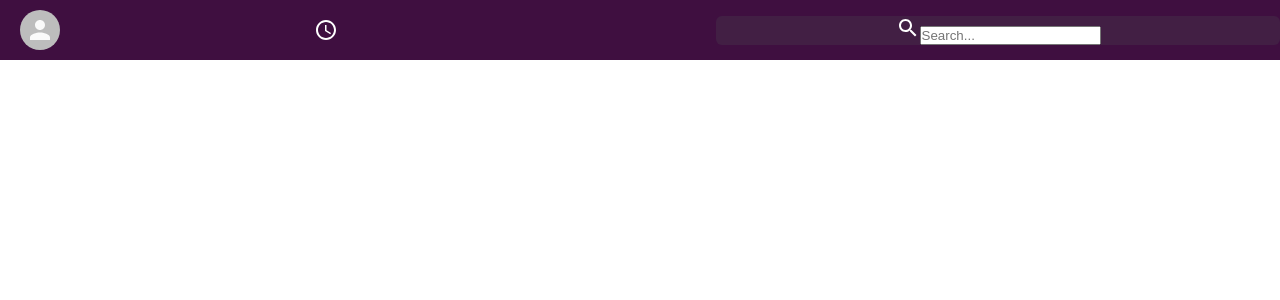
Repository: KrzysKolo/slackClone
Page: /
An editor plug-in stored every save of this project. The page is shown before and after the next save, followed by the edit.
The browser window is 1280 px wide. The pictures show the whole page.
The project was rebuilt for these pictures with package versions that can differ from the ones it lists, and the page was loaded fresh each time. Also part of the build but not shown: src/App.css.

Above is the page before, as saved 2021-12-22 17:32:25.

### src/index.css
* {
  margin: 0;
  padding: 0;
  box-sizing: border-box;
}
body {
  --slack-color: #3f0f40;
  overflow: hidden;

  margin: 0;
  font-family: -apple-system, BlinkMacSystemFont, 'Segoe UI', 'Roboto', 'Oxygen',
    'Ubuntu', 'Cantarell', 'Fira Sans', 'Droid Sans', 'Helvetica Neue',
    sans-serif;
  -webkit-font-smoothing: antialiased;
  -moz-osx-font-smoothing: grayscale;
}

code {
  font-family: source-code-pro, Menlo, Monaco, Consolas, 'Courier New',
    monospace;
}

### src/App.js
import './App.css';
import {BrowserRouter as Router, Routes, Route, Link } from 'react-router-dom';
import { About } from './pages'
import { Header } from './components';

function App() {
  return (
    <Router>
      <>
        <Header />
        <Routes>
          <Route path='/' exact element={<About />} />
        </Routes>
      </>
    </Router>
  );
}

export default App;

### src/pages/About/About.js
import React from 'react';
//ICONS
//import SendIcon from '@mui/icons-material/Send';


const about = () => {
  return (
    <section>
      About
    </section>
  )
}

export default about;

### src/components/Header/Header.js
import React from 'react';
import { HeaderContainer, HeaderLeft, HeaderAvatar, HeaderSearch } from './style';
import AccessTimeIcon from '@material-ui/icons/AccessTime';
import SearchIcon from '@material-ui/icons/Search';

const Header = () => {
  return (
    <HeaderContainer>
      {/*  Header Left */}
      <HeaderLeft>
        <HeaderAvatar

         />
         <AccessTimeIcon />
      </HeaderLeft>
      {/*  Header Search */}
      <HeaderSearch>
        <SearchIcon />
        <input placeholder='Search...' />
      </HeaderSearch>
      {/*  Header Right */}
    </HeaderContainer>
  )
}

export default Header;

### src/components/Header/style.js
import styled from 'styled-components';
import { Avatar } from '@material-ui/core';

export const HeaderContainer = styled.header`
  display: flex;
  position: fixed;
  width: 100%;
  align-items: center;
  justify-content: space-between;
  padding: 10px 0;
  background-color: var(--slack-color);
  color: white;
`;
export const HeaderLeft = styled.div`
  flex: 0.3;
  display: flex;
  align-items: center;
  margin-left: 20px;
  > .MuiSvgIcon-root {
    margin-left: auto;
    margin-right: 30px;
  }
`;

export const HeaderAvatar = styled(Avatar)`
  cursor: pointer;

  :hover {
    opacity: 0.8;
  }
`;

export const HeaderSearch = styled.div`
  flex: 0.4;
  opacity: 1;
  border-radius: 6px;
  background-color: #421f44;
  text-align: center;
  padding: 0 50px;
`;

Loaded but not shown: public/index.html (common file); src/index.js (common file); src/pages/index.js (common file); src/components/index.js (common file); src/pages/About/index.js (common file); src/components/Header/index.js (common file)

After the next save:
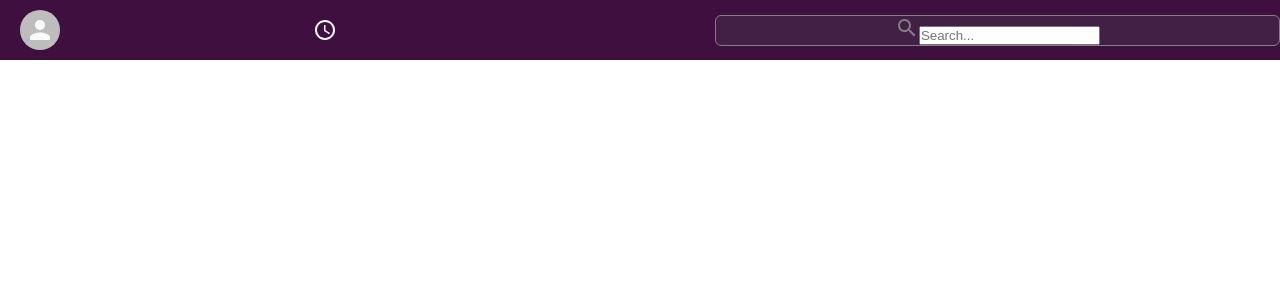
Saved 36 s later.
--- a/src/components/Header/style.js
+++ b/src/components/Header/style.js
@@ -37,4 +37,6 @@ export const HeaderSearch = styled.div`
   background-color: #421f44;
   text-align: center;
   padding: 0 50px;
+  color: gray;
+  border: 1px gray solid;
 `;
